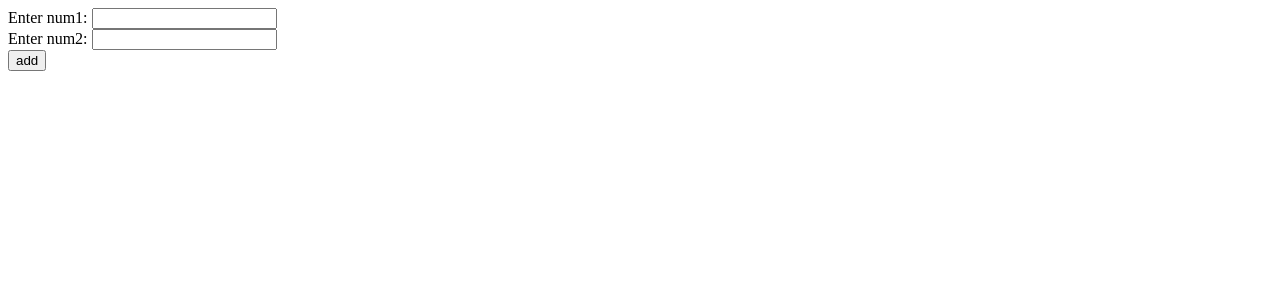
Repository: Ravikumarh6166/my-first-repo
Page: WebApps/src/main/webapp/First.html
The author's editor kept a copy of each file at every save. The page is drawn from the files as they stood at one save, then again after the next save.
The browser window is 1280 px wide. The pictures show the whole page.

Above is the page before, as saved 2022-08-24 06:07:30.

After the next save:
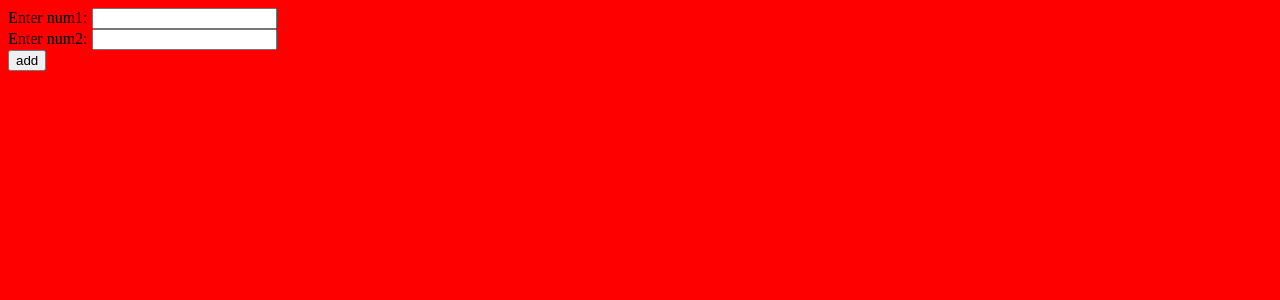
Saved 20 s later.
--- a/WebApps/src/main/webapp/First.html
+++ b/WebApps/src/main/webapp/First.html
@@ -1,7 +1,7 @@
 <!DOCTYPE html>
 <html>
 
-<body >
+<body bgcolor='red' >
 <form name="form1" action="FirstServlet">
 Enter num1:
 <input type="text" name="n1" ></br>
